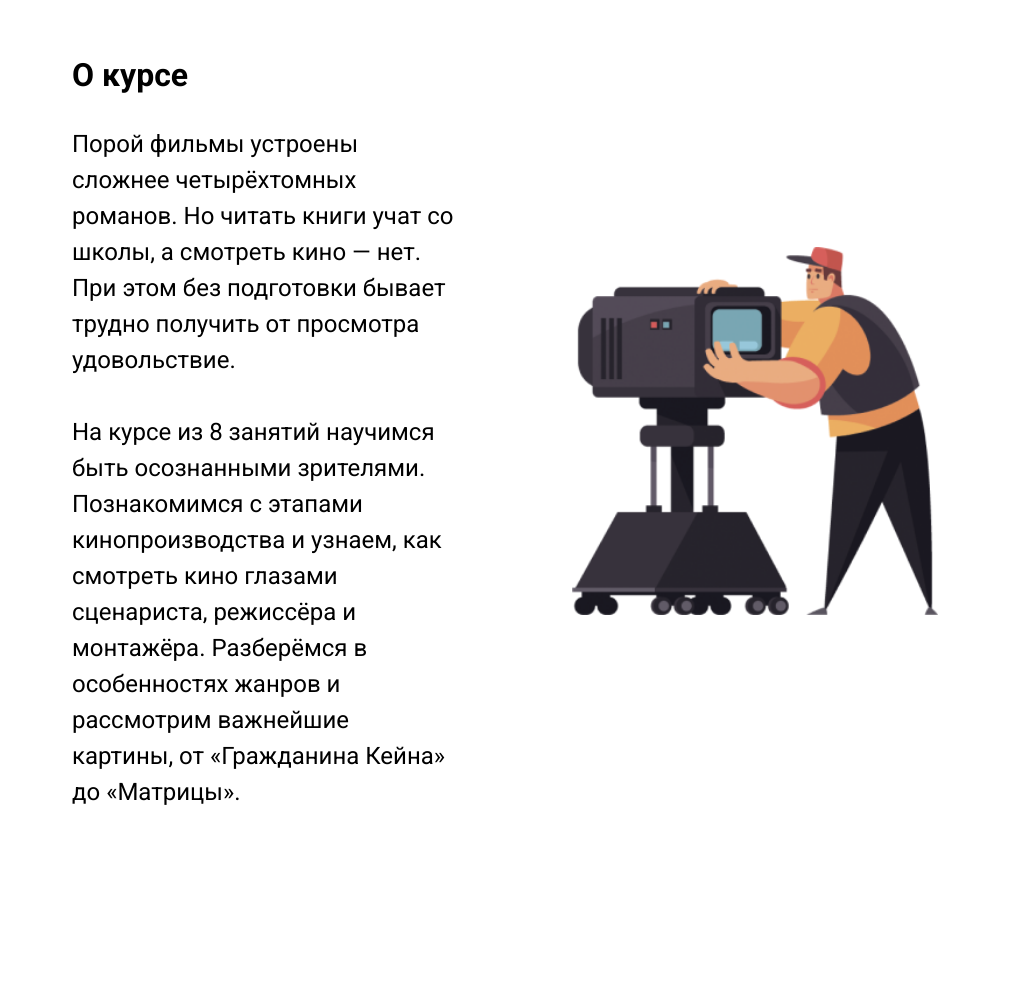
Repository: AytacSafarova/task-figma--1
Page: index.html
These files come from the project's save history. The page is drawn as it stood at one moment and after the next save; the edit follows.
The browser window is 1024 px wide. The pictures show the whole page.

Above is the page before, as saved 2023-04-29 20:24:54.

After the next save:
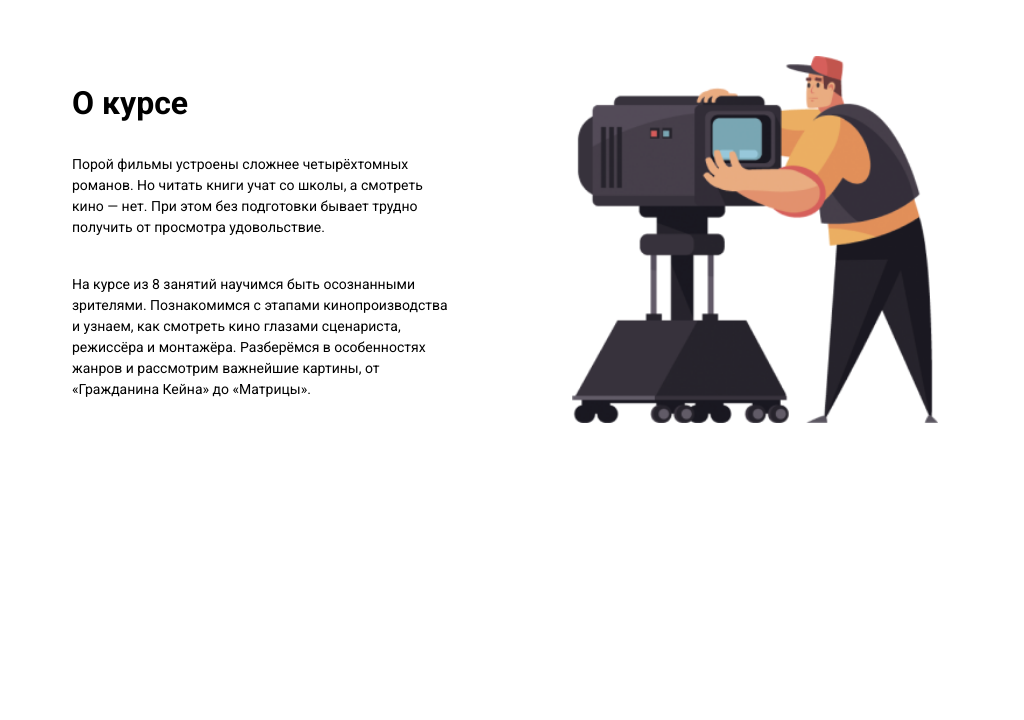
Saved 6 s later.
--- a/index.css
+++ b/index.css
@@ -74,7 +74,9 @@ li {
 .left{
     width: 382px;
 }
-.left
+.left p{
+    font-size: 14px;
+}
 
 }
 @media screen and (max-width: 768px) {
